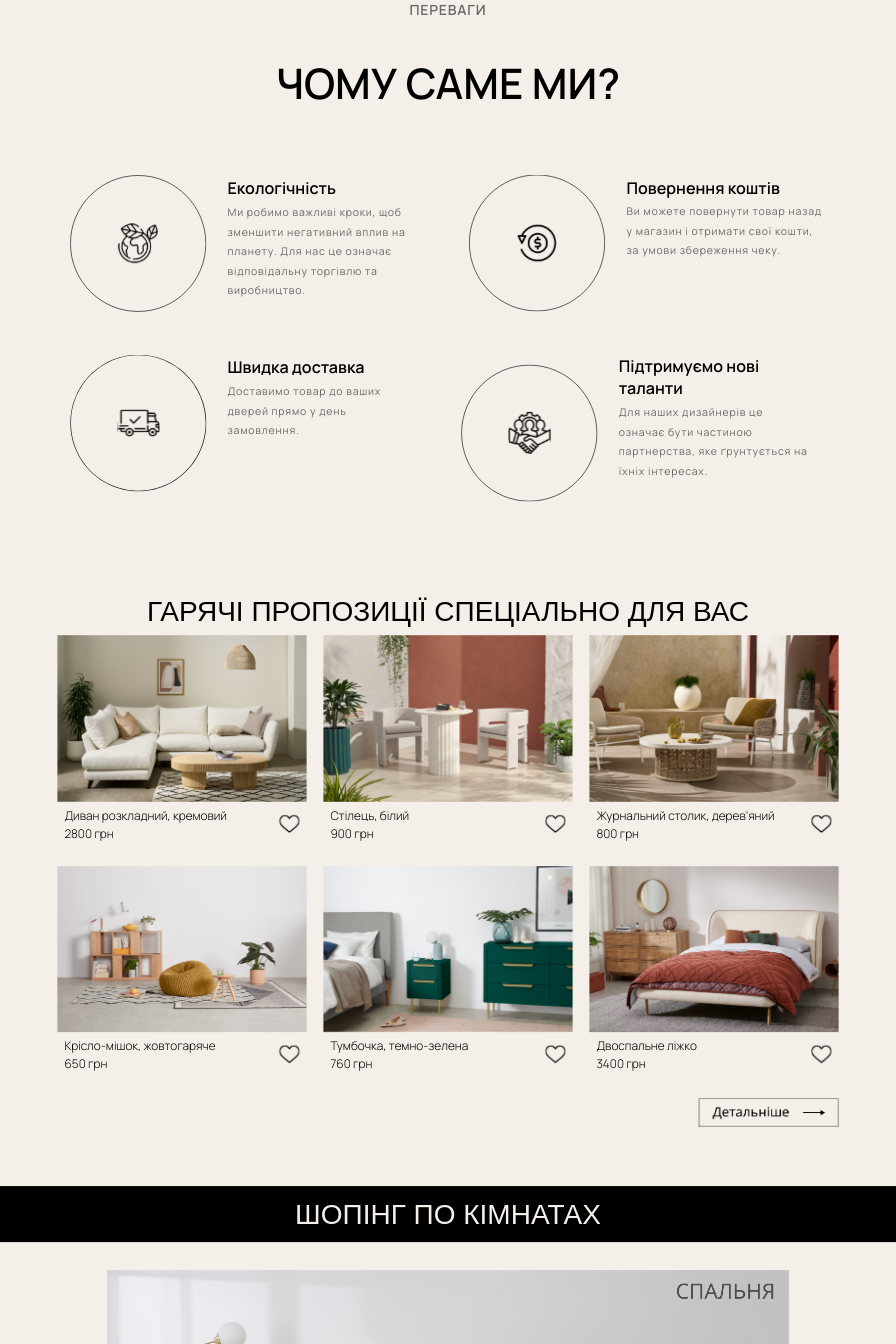
Repository: malykhinaIra/laravel
Page: http://localhost/Lend
An editor plug-in stored every save of this project. The page is shown before and after the next save, followed by the edit.
The browser window is 1280 px wide. The pictures show the part of the page from y = 1128 to 3048 px (the page is 4109 px tall before and 3998 px after), at 70% of full size.
Some web fonts or font styles are not loaded; a fallback is used. The page is served by the project's Laravel application, run on PHP 8.4 with Laravel 9. Other server files are loaded and not shown.

Above is the page before, as saved 2022-05-10 23:57:29.

### blog/routes/web.php
<?php

use Illuminate\Support\Facades\Route;

/*
|--------------------------------------------------------------------------
| Web Routes
|--------------------------------------------------------------------------
|
| Here is where you can register web routes for your application. These
| routes are loaded by the RouteServiceProvider within a group which
| contains the "web" middleware group. Now create something great!
|
*/

Route::get('/', 'App\Http\Controllers\MainController@forLend');

Route::get('/Lend', 'App\Http\Controllers\MainController@forLend');

Route::get('/Catalog', 'App\Http\Controllers\MainController@forCatalog');

Route::get('/Info', 'App\Http\Controllers\MainController@forInfo');

Route::post('/result', 'App\Http\Controllers\MainController@result');

Route::post('/check', 'App\Http\Controllers\MainController@check');

Route::get('/item/{id}', 'App\Http\Controllers\MainController@forItem');

### blog/app/Http/Controllers/MainController.php
<?php

namespace App\Http\Controllers;
use App\Models\Item;
use Illuminate\Http\Request;
use App\Models\Room;

class MainController extends Controller {

    public function forLend() {
        return view('lend');
    }

    public function forCatalog() {
        $room = new Room();
        return view('catalog', ['rooms' => $room->getAll()]);
    }

    public function forInfo() {
        return view('info');
    }

    public function result(Request $request) {
        $mail = $request->input('mail');
        return view('form', ['mail' => $mail]);
    }

     public function check(Request $request) {
        $valid = $request->validate([
            'mail' =>  array('required', 'regex:/[0-9a-z]+@[a-z]/')
        ]);
        return $this->result($request);
    }

    public function forItem($id) {
        $catalog = [
            new Item("img/image 24.png", "Стілець, дерев’яний", 800),
            new Item("img/image 25.png", "Крісло, дерево & шкіра", 1300),
            new Item("img/image 26.png", "Настінна картина", 1230),
            new Item("img/image 27 (1).png", "Журнальний столик", 980),
            new Item("img/image 35.png", "Тумбочка з відділами", 780),
            new Item("img/image 37.png", "Диван розкладний", 3220),
            new Item("img/image 36.png", "Тумбочка, дерев’яна", 1360),
            new Item("img/image 31.png", "Крісло, біле", 980)
        ];
        return view('item', ['item' => $catalog[$id - 1]]);
    }
}

### blog/resources/views/lend.blade.php
@extends('layouts.header')
@section('title')
    Comfort
@endsection
@section('content')
<!DOCTYPE html>
<html lang="ua">

<head>
    <meta charset="UTF-8">
    <meta http-equiv="X-UA-Compatible" content="IE=edge">
    <meta name="viewport" content="width=device-width, initial-scale=1.0">
    <title>Comfort shop</title>
    <link rel="preconnect" href="https://fonts.googleapis.com">
    <link rel="preconnect" href="https://fonts.gstatic.com" crossorigin>
    <link rel="preconnect" href="https://fonts.googleapis.com">
    <link rel="preconnect" href="https://fonts.gstatic.com" crossorigin>
    <link href="https://fonts.googleapis.com/css2?family=Lexend&family=Manrope:wght@200;300;400;500;600&display=swap" rel="stylesheet">
    <link href="https://fonts.googleapis.com/css2?family=Lexend:wght@300&family=Manrope:wght@200;300;400;500;600&display=swap" rel="stylesheet">
    <link rel="preconnect" href="https://fonts.googleapis.com">
    <link rel="preconnect" href="https://fonts.gstatic.com" crossorigin>
    <link href="https://fonts.googleapis.com/css2?family=Lexend&family=Manrope:wght@200;300;400;500;600&display=swap" rel="stylesheet">
    <link rel="preconnect" href="https://fonts.googleapis.com">
    <link rel="preconnect" href="https://fonts.gstatic.com" crossorigin>
    <link href="https://fonts.googleapis.com/css2?family=Manrope:wght@200;300;400;500;600&display=swap" rel="stylesheet">
    <link rel="stylesheet" href="css\main.css">
    <link rel="stylesheet" href="css\bootstrap-grid.min.css">
    <meta name="viewport" content="width=device-width">
</head>

<body>
    <main class="main">
        <section class="main-img">
            <img src="img/main.png" width="100%">
            <div class="slogan">
                <h1>ВЛАШТУЙ ЗАТИШОК У ВЛАСНІЙ ОСЕЛІ</h1>
                <p>КУПУЙ МЕБЛІ ВИГІДНО РАЗОМ З «COMFORT»</p>
            </div>
            <a href="catalog.html" class="btn">Перейти до покупок</a>
        </section>
        <section class="benefits">
            <div class="container">
                <div class="benefits">
                    <p>ПЕРЕВАГИ</p>
                    <h1>ЧОМУ САМЕ МИ?</h1>
                </div>
                <br>
                <div class="row">
                    <div class="col">
                        <div class="benefit">
                            <img src="img/Icon.svg">
                            <div class="benefit-text">
                                <h2>Екологічність</h2>
                                <p>Ми робимо важливі кроки, щоб зменшити негативний вплив на планету. Для нас це означає
                                    відповідальну торгівлю та виробництво. </p>
                            </div>
                        </div>
                    </div>
                    <div class="col">
                        <div class="benefit">
                            <img src="img/Icon (1).svg">
                            <div class="benefit-text">
                                <h2>Повернення коштів</h2>
                                <p>Ви можете повернути товар назад у магазин і отримати свої кошти, за умови збереження
                                    чеку.
                                </p>
                            </div>
                        </div>
                    </div>
                </div>
                <div class="row">
                    <div class="row">
                        <div class="col">
                            <div class="benefit">
                                <img src="img/Icon (2).svg" class="icon">
                                <div class="benefit-text">
                                    <h2>Швидка доставка</h2>
                                    <p>Доставимо товар до ваших дверей прямо у день замовлення. </p>
                                </div>
                            </div>
                        </div>
                        <div class="col">
                            <div class="benefit">
                                <img src="img/Icon (3).svg" class="icon">
                                <div class="benefit-text">
                                    <h2>Підтримуємо нові таланти</h2>
                                    <p>Для наших дизайнерів це означає бути частиною партнерства, яке ґрунтується на
                                        їхніх
                                        інтересах.</p>
                                </div>
                            </div>
                        </div>
                    </div>
                </div>
            </div>
        </section>
        <section class="offers">
            <div class="container">
                <br><br>
                <h1>ГАРЯЧІ ПРОПОЗИЦІЇ СПЕЦІАЛЬНО ДЛЯ ВАС</h1>
                <div class="row">
                    <div class="col-4">
                        <div>
                            <div class="image">
                                <a href="#"><img src="img/image 42.png"></a>
                            </div>
                            <div class="price">
                                <div>
                                    <p>Диван розкладний, кремовий</p>
                                    <p>2800 грн</p>
                                </div>
                                <a href="#"><img src="img/image 21.svg"></a>
                            </div>
                        </div>
                    </div>
                    <div class="col-4">
                        <div>
                            <div class="image">
                                <a href="#"><img src="img/image 43.png"></a>
                            </div>
                            <div class="price">
                                <div>
                                    <p>Стілець, білий</p>
                                    <p>900 грн</p>
                                </div>
                                <a href="#"><img src="img/image 21.svg"></a>
                            </div>
                        </div>
                    </div>
                    <div class="col-4" id="third">
                        <div class="image">
                            <a href="#"><img src="img/image 44.png"></a>
                        </div>
                        <div class="price">
                            <div>
                                <p>Журнальний столик, дерев’яний</p>
                                <p>800 грн</p>
                            </div>
                            <a href="#"><img src="img/image 21.svg"></a>
                        </div>
                    </div>
                </div>
                <div class="row">
                    <div class="col-4">
                        <div class="image">
                            <a href="#"><img src="img/image 45.png"></a>
                        </div>
                        <div class="price">
                            <div>
                                <p>Крісло-мішок, жовтогаряче</p>
                                <p>650 грн</p>
                            </div>
                            <a href="#"><img src="img/image 21.svg"></a>
                        </div>
                    </div>
                    <div class="col-4">
                        <div class="image">
                            <a href="#"><img src="img/image 46.png"></a>
                        </div>
                        <div class="price">
                            <div>
                                <p>Тумбочка, темно-зелена </p>
                                <p>760 грн</p>
                            </div>
                            <a href="#"><img src="img/image 21.svg"></a>
                        </div>
                    </div>
                    <div class="col-4" id="third">
                        <div class="image">
                            <a href="#"><img src="img/image 47.png"></a>
                        </div>
                        <div class="price">
                            <div>
                                <p>Двоспальне ліжко</p>
                                <p>3400 грн</p>
                            </div>
                            <a href="#"><img src="img/image 21.svg"></a>
                        </div>
                    </div>
                </div>
                <a href="#"><img src="img/Group 60.png" class="button"></a>
            </div>
        </section>
        <br><br><br><br>
        <section class="room">
            <p class="shop">ШОПІНГ ПО КІМНАТАХ</p>
            <div class="container">
                <div class="room-shopping">
                    <a href="#">
                        <div class="arrow"><img src="img/image 29.svg"></div>
                    </a>
                    <div class="picture">
                        <a href="#"><img src="img/Group 68.png"></a>
                    </div>
                    <div class="arrow"><a href="#"> <img src="img/image 30.svg"></a></div>
                </div>
                <br>
                <img src="img/Group 3.svg" class="scroll">
            </div>
        </section>
    </main>
    <br>

@endsection

### blog/resources/views/layouts/header.blade.php
<head>
<meta charset="UTF-8">
    <meta http-equiv="X-UA-Compatible" content="IE=edge">
    <meta name="viewport" content="width=device-width, initial-scale=1.0">
    <title> @yield ('title') </title>
    <link rel="preconnect" href="https://fonts.googleapis.com">
    <link rel="preconnect" href="https://fonts.gstatic.com" crossorigin>
    <link rel="preconnect" href="https://fonts.googleapis.com">
    <link rel="preconnect" href="https://fonts.gstatic.com" crossorigin>
    <link href="https://fonts.googleapis.com/css2?family=Lexend&family=Manrope:wght@200;300;400;500;600&display=swap" rel="stylesheet">
    <link href="https://fonts.googleapis.com/css2?family=Lexend:wght@300&family=Manrope:wght@200;300;400;500;600&display=swap" rel="stylesheet">
    <link rel="preconnect" href="https://fonts.googleapis.com">
    <link rel="preconnect" href="https://fonts.gstatic.com" crossorigin>
    <link href="https://fonts.googleapis.com/css2?family=Lexend&family=Manrope:wght@200;300;400;500;600&display=swap" rel="stylesheet">
    <link rel="preconnect" href="https://fonts.googleapis.com">
    <link rel="preconnect" href="https://fonts.gstatic.com" crossorigin>
    <link href="https://fonts.googleapis.com/css2?family=Manrope:wght@200;300;400;500;600&display=swap" rel="stylesheet">
    <link rel="stylesheet" href="css/bootstrap-grid.min.css">
    <meta name="viewport" content="width=device-width">
</head>
    <header class="header">
    </div>
    <div class="nav-1">
        <div class="nav-toggle">
            <div class="container">
                <a href="/Info" width="10%" onclick>
                    <img src="../img/Group 65.svg" class="menu">
                </a>
                <div class="logo"><a href="index.html">COMFORT</a></div>
                <div class="row">
                    <div class="col">
                        <a href="#" style="margin-right: 2.5%;"><img src="../img/Group 56.svg"></a>
                    </div>
                    <div class="col">
                        <a href="#"><img src="../img/Group 55.svg"></a>
                    </div>
                </div>
            </div>
        </div>
        <hr>
        <div class="border-1">
            <input type="text" size="19" placeholder="Пошук меблів">
            <a href="#" class="search-1"><img src="../img/image 22 (1).svg"></a>
        </div>
    </div>

    <section class="nav">
        <a href="/Lend" class="logo">COMFORT</a>
        <a href="/Info">Про нас</a>
        <a href="#">Доставка</a>
        <a href="#">Підтримка</a>
        <a href="/Catalog">Каталог</a>
        <div class="border">
            <input type="text" size="19" placeholder="Пошук меблів" style="margin-bottom: 6px;">
            <a href="#" class="search"><img src="../img/image 22 (1).svg"></a>
        </div>
        <div class="shops">
            <a href="#" style="margin-right: 5px;"><img src="../img/image 57.svg"></a>
            <a href="#">Магазини</a>
        </div>
        <div class="icons">
            <a href="#"><img src="../img/Group 55.svg"></a>
            <a href="#"><img src="../img/Group 56.svg"></a>
            <a href="#"><img src="../img/user.svg"></a>
        </div>
    </section>
</header>


<div class="forYield">
    @yield('content')
</div>

<footer id="bottom">
    <section class="form">
        @if($errors->any())
        <div class="alert alert-danger">
            <p>
                Неправильно введений email. Спробуйте ще раз! </p>
        </div>
        @else
        <p>Підпишіться, аби першими дізнаватися про головні новини та масштабні знижки</p>
        @endif
        <div class="subscribe">
            <form method="post" action="/check" style="width:800px; margin: 0; display: flex; align-items: center;">
                @csrf
                <div style="display: flex; align-items: center;">
                    <img src="../img/Shape.svg" class="message">
                    <input style="width:500px; outline: none; border: none; font-size: 25px;" type="text" name="mail" placeholder="Введіть e-mail">
                </div>
                <button type="submit" style="background: none; border: 0; padding:0;"><img src="../img/Group 61.svg" class="sub-btn"></button>
            </form>
        </div>

    </section>
    <hr>
    <section class="footer-1">
        <a href="#">Доставка</a>
        <a href="/Info">Про нас</a>
        <a href="/Catalog">Товари</a>
        <a href="#">Контакти</a>
        <a href="#">Магазини</a>
        <a href="#">Пропозиції</a>
        <a href="#">Проекти</a>
    </section>
    <br>
</footer>
</body>

</html>

Loaded but not shown: blog/app/Http/Controllers/Controller.php (common file); blog/public/css/bootstrap-grid.min.css (library); blog/public/img/Group 61.svg (4 lines, source omitted); blog/public/img/Icon (2).svg (14 lines, source omitted); blog/public/img/Group 56.svg (4 lines, source omitted); blog/public/img/user.svg (3 lines, source omitted); blog/public/img/Icon (1).svg (10 lines, source omitted); blog/public/img/Icon (3).svg (10 lines, source omitted); blog/public/img/Icon.svg (10 lines, source omitted); blog/public/img/image 29.svg (9 lines, source omitted); blog/public/img/Group 55.svg (10 lines, source omitted); blog/public/img/image 30.svg (9 lines, source omitted); blog/public/img/image 22 (1).svg (9 lines, source omitted); blog/public/img/image 21.svg (9 lines, source omitted); blog/public/img/Shape.svg (3 lines, source omitted); blog/public/img/image 57.svg (9 lines, source omitted); blog/public/img/Group 3.svg (6 lines, source omitted); blog/public/img/Group 65.svg (5 lines, source omitted); blog/public/css/main.css (989 lines, source omitted)

After the next save:
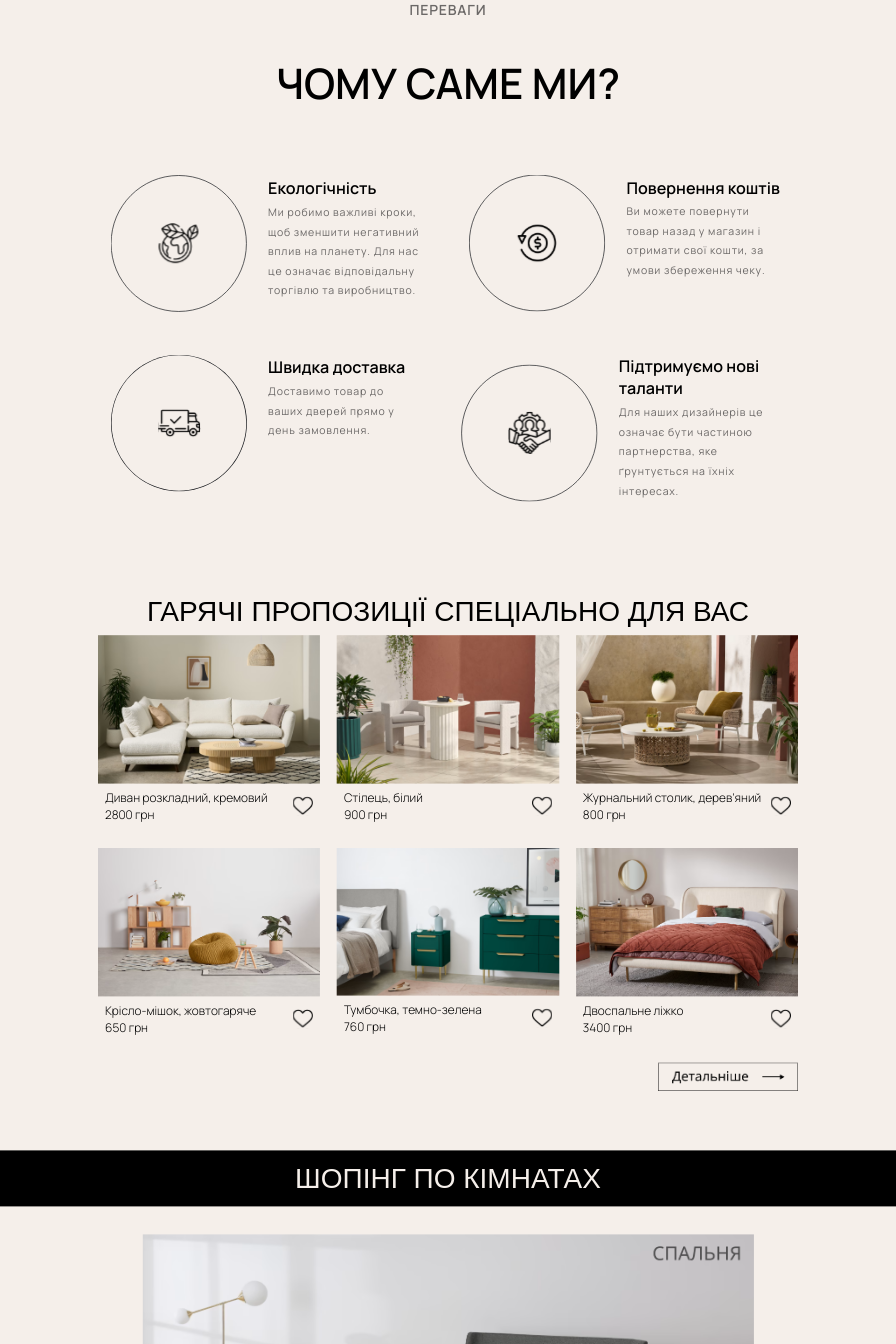
Saved 40 s later.
--- a/blog/resources/views/lend.blade.php
+++ b/blog/resources/views/lend.blade.php
@@ -7,25 +7,7 @@
 <html lang="ua">
 
 <head>
-    <meta charset="UTF-8">
-    <meta http-equiv="X-UA-Compatible" content="IE=edge">
-    <meta name="viewport" content="width=device-width, initial-scale=1.0">
-    <title>Comfort shop</title>
-    <link rel="preconnect" href="https://fonts.googleapis.com">
-    <link rel="preconnect" href="https://fonts.gstatic.com" crossorigin>
-    <link rel="preconnect" href="https://fonts.googleapis.com">
-    <link rel="preconnect" href="https://fonts.gstatic.com" crossorigin>
-    <link href="https://fonts.googleapis.com/css2?family=Lexend&family=Manrope:wght@200;300;400;500;600&display=swap" rel="stylesheet">
-    <link href="https://fonts.googleapis.com/css2?family=Lexend:wght@300&family=Manrope:wght@200;300;400;500;600&display=swap" rel="stylesheet">
-    <link rel="preconnect" href="https://fonts.googleapis.com">
-    <link rel="preconnect" href="https://fonts.gstatic.com" crossorigin>
-    <link href="https://fonts.googleapis.com/css2?family=Lexend&family=Manrope:wght@200;300;400;500;600&display=swap" rel="stylesheet">
-    <link rel="preconnect" href="https://fonts.googleapis.com">
-    <link rel="preconnect" href="https://fonts.gstatic.com" crossorigin>
-    <link href="https://fonts.googleapis.com/css2?family=Manrope:wght@200;300;400;500;600&display=swap" rel="stylesheet">
     <link rel="stylesheet" href="css\main.css">
-    <link rel="stylesheet" href="css\bootstrap-grid.min.css">
-    <meta name="viewport" content="width=device-width">
 </head>
 
 <body>
